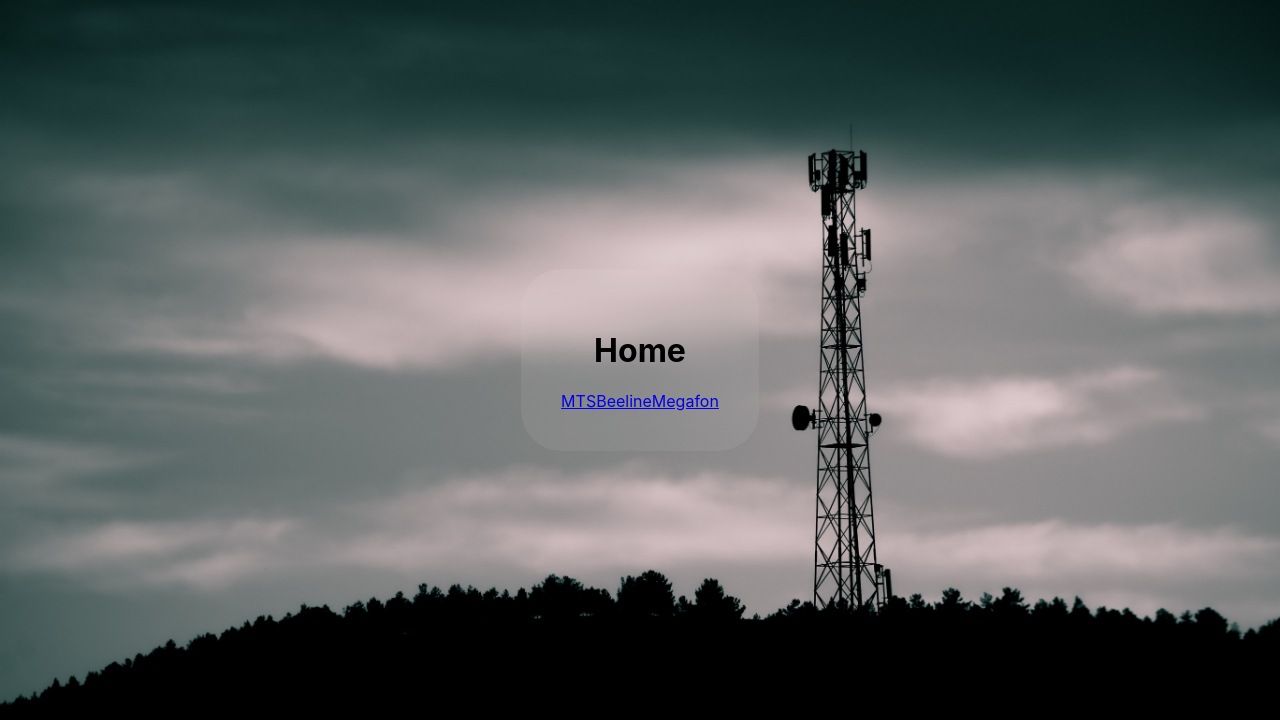
Repository: MiroslavWise/operator
Page: /
These files come from the project's save history. The page is drawn as it stood at one moment and after the next save; the edit follows.
The browser window is 1280 px wide. The pictures show the whole page.
The project was rebuilt for these pictures with package versions that can differ from the ones it lists, and the page was loaded fresh each time. Also part of the build but not shown: src/pages/MTS.jsx, src/pages/Beeline.jsx, src/pages/Megafon.jsx. Imported but missing from the stored project, and not drawn on this page: src/components/CompFormik.

Above is the page before, as saved 2022-02-15 19:00:55.

### src/index.tsx
import { BrowserRouter, Routes, Route } from "react-router-dom";

import ReactDOM from 'react-dom';
import './index.css';
import App from './App';
import reportWebVitals from './reportWebVitals';
import MTS from "./pages/MTS";
import Beeline from "./pages/Beeline";
import Megafon from "./pages/Megafon";

ReactDOM.render(
    <BrowserRouter>
    <Routes>
      <Route path="/" element={<App />}/>
      <Route path="mts" element={<MTS />}/>
      <Route path="beeline" element={<Beeline />}/>
      <Route path="megafon" element={<Megafon />}/>
    </Routes>
  </BrowserRouter>,

  document.getElementById('root')
);

// If you want to start measuring performance in your app, pass a function
// to log results (for example: reportWebVitals(console.log))
// or send to an analytics endpoint. Learn more: https://bit.ly/CRA-vitals
reportWebVitals();

### src/index.css
body {
  margin: 0;
  font-family: -apple-system, BlinkMacSystemFont, 'Segoe UI', 'Roboto', 'Oxygen',
    'Ubuntu', 'Cantarell', 'Fira Sans', 'Droid Sans', 'Helvetica Neue',
    sans-serif;
  -webkit-font-smoothing: antialiased;
  -moz-osx-font-smoothing: grayscale;
  display: flex;
  justify-content: center;
  justify-items: center;
  align-items: center;
  height: 100vh;
  background-image: url(Picture/pexels-furkan-i̇nce-4249270.jpg);
  background-size: cover;
}

code {
  font-family: source-code-pro, Menlo, Monaco, Consolas, 'Courier New',
    monospace;
}

### src/App.tsx
import './App.css';
import { Link } from 'react-router-dom';

function App() {
  return (
  <div className='navigation'>
      <h1>Home</h1>
      <nav>
        <Link to="mts">MTS</Link>
        <Link to="beeline">Beeline</Link>
        <Link to="megafon">Megafon</Link>
      </nav>
    </div>
  );
}

export default App;

### src/App.css

@media (prefers-reduced-motion: no-preference) {
  .App-logo {
    animation: App-logo-spin infinite 20s linear;
  }
}

.App-header {
  background-color: #282c34;
  min-height: 100vh;
  display: flex;
  flex-direction: column;
  align-items: center;
  justify-content: center;
  font-size: calc(10px + 2vmin);
  color: white;
}

.App-link {
  color: #61dafb;
}

@keyframes App-logo-spin {
  from {
    transform: rotate(0deg);
  }
  to {
    transform: rotate(360deg);
  }
}

.navigation {
  display: flex;
    flex-direction: column;
    justify-content: center;
    align-items: center;
    background-color: #ffffff10;
    backdrop-filter: blur(12px);
    -webkit-backdrop-filter: blur(50px);
    border-radius: 40px;
    height: auto;
    padding: 40px;
    margin:auto;
}

Loaded but not shown: public/index.html (common file); src/reportWebVitals.ts (common file)

After the next save:
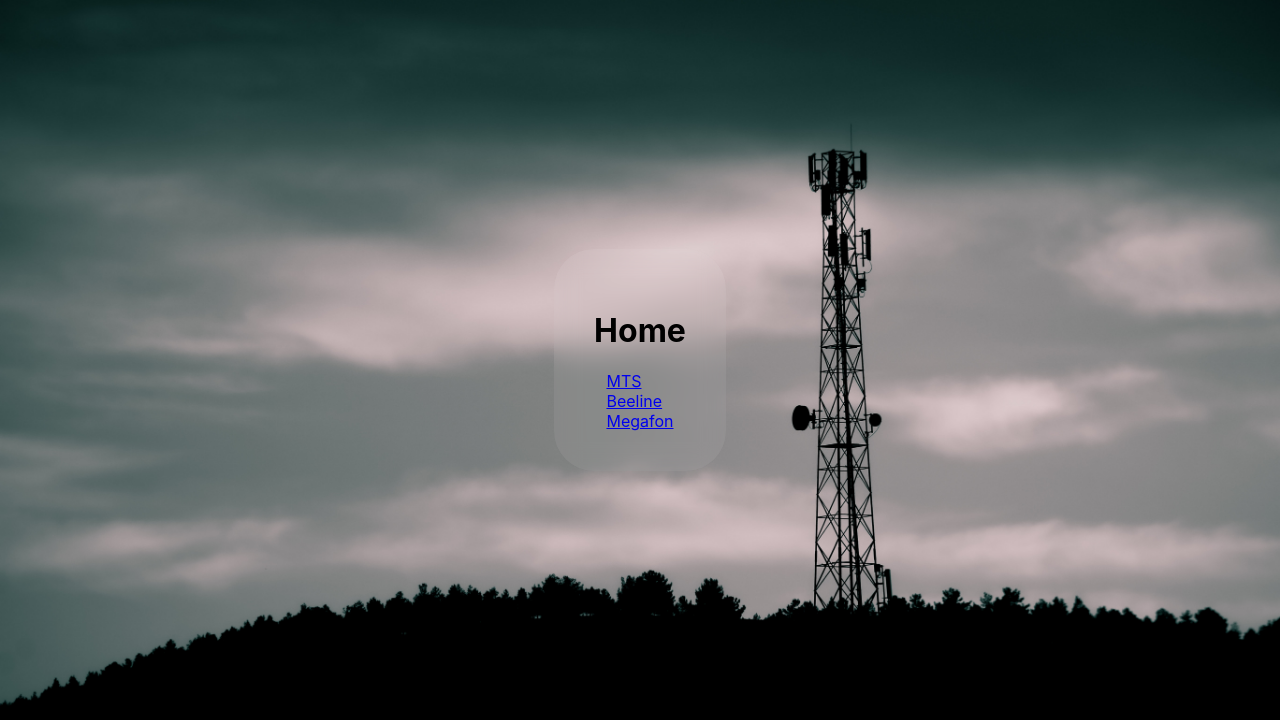
Saved 23 s later.
--- a/src/App.css
+++ b/src/App.css
@@ -30,7 +30,7 @@
 }
 
 .navigation {
-  display: flex;
+    display: flex;
     flex-direction: column;
     justify-content: center;
     align-items: center;
@@ -42,3 +42,9 @@
     padding: 40px;
     margin:auto;
 }
+
+nav {
+  display: flex;
+    flex-direction: column;
+    justify-content: center;
+}
